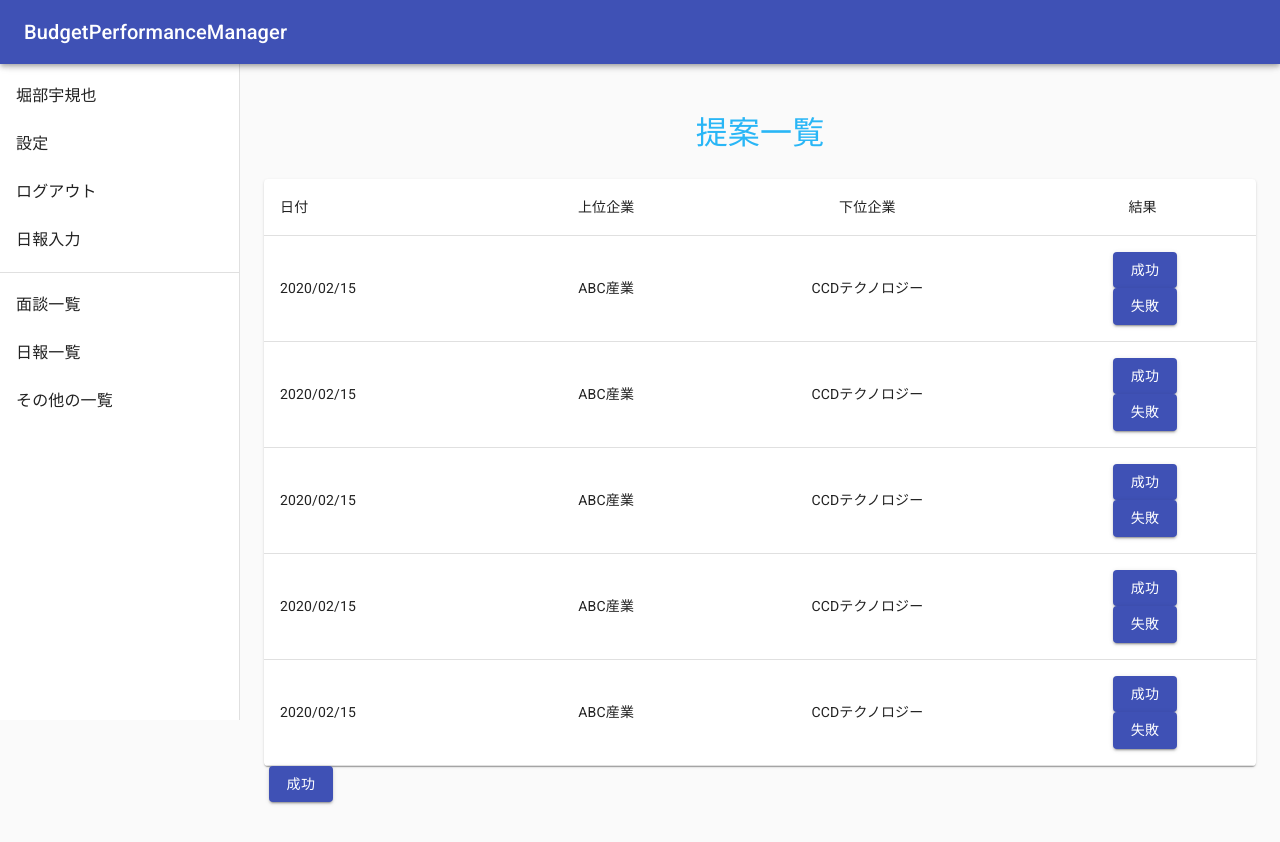
Repository: ukiyah/test
Page: / (app in src/)
These files come from the project's save history. The page is drawn as it stood at one moment and after the next save; the edit follows.
The browser window is 1280 px wide. The pictures show the whole page.
The project was rebuilt for these pictures with package versions that can differ from the ones it lists, and the page was loaded fresh each time. Also part of the build but not shown: src/material-dashboard-react.js, src/Navbars/ref_AdminNavbarLinks/customInputStyle.js, src/Navbars/ref_AdminNavbarLinks/CustomInput.js, src/Navbars/ref_AdminNavbarLinks/buttonStyle.js, src/Navbars/ref_AdminNavbarLinks/Button.js, src/Navbars/ref_AdminNavbarLinks/dropdownStyle.js, src/Navbars/ref_AdminNavbarLinks/headerLinksStyle.js, src/Navbars/AdminNavbarLinks.js and 4 more.

Above is the page before, as saved 2020-02-20 19:34:46.

After the next save:
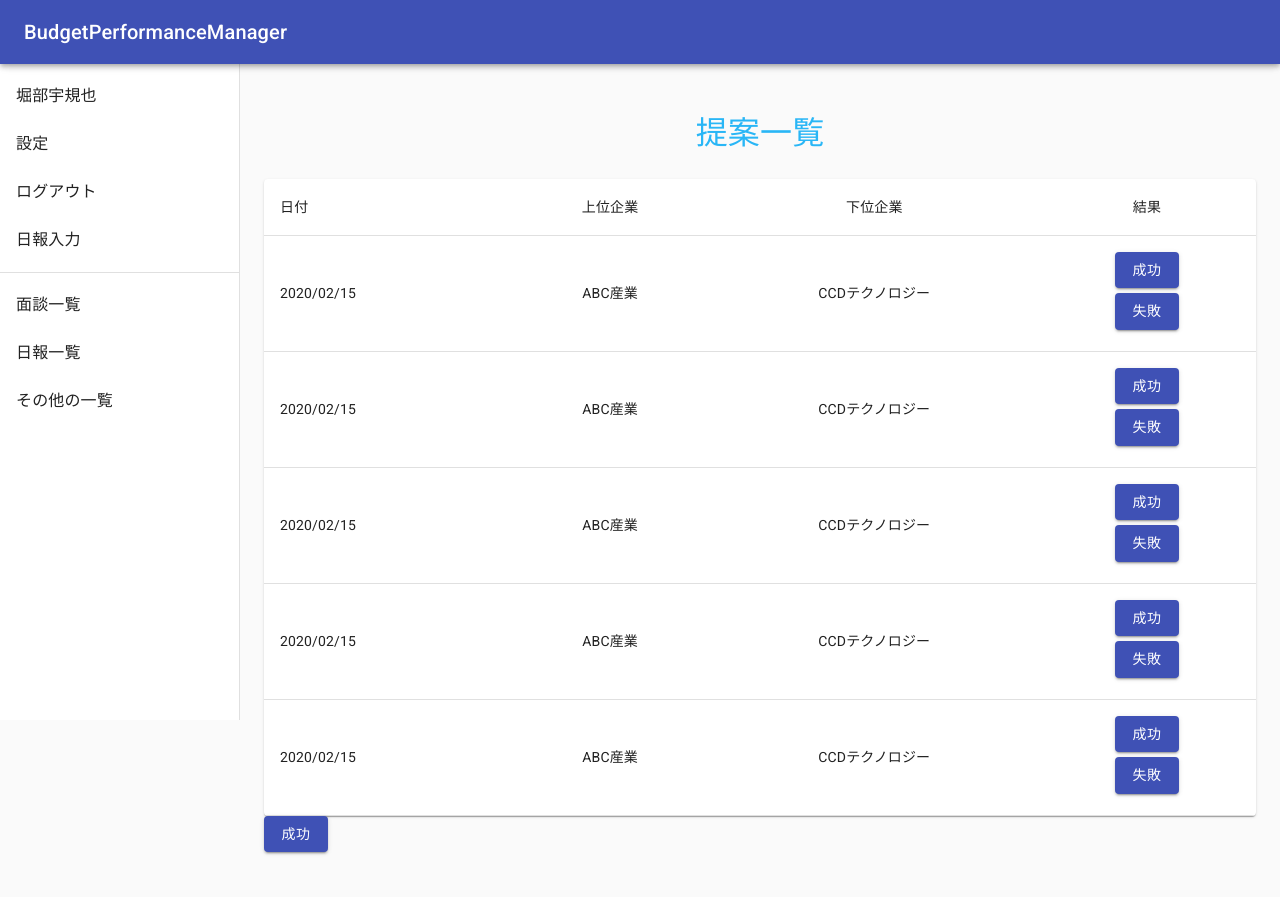
Saved 13 s later.
--- a/src/Button.js
+++ b/src/Button.js
@@ -5,7 +5,7 @@
 const useStyles = makeStyles(theme => ({
   root: {
     '& > *': {
-      marginLeft: 5 ,
+      marginBottom: 5 ,
     },
   },
 }));

After the save that followed:
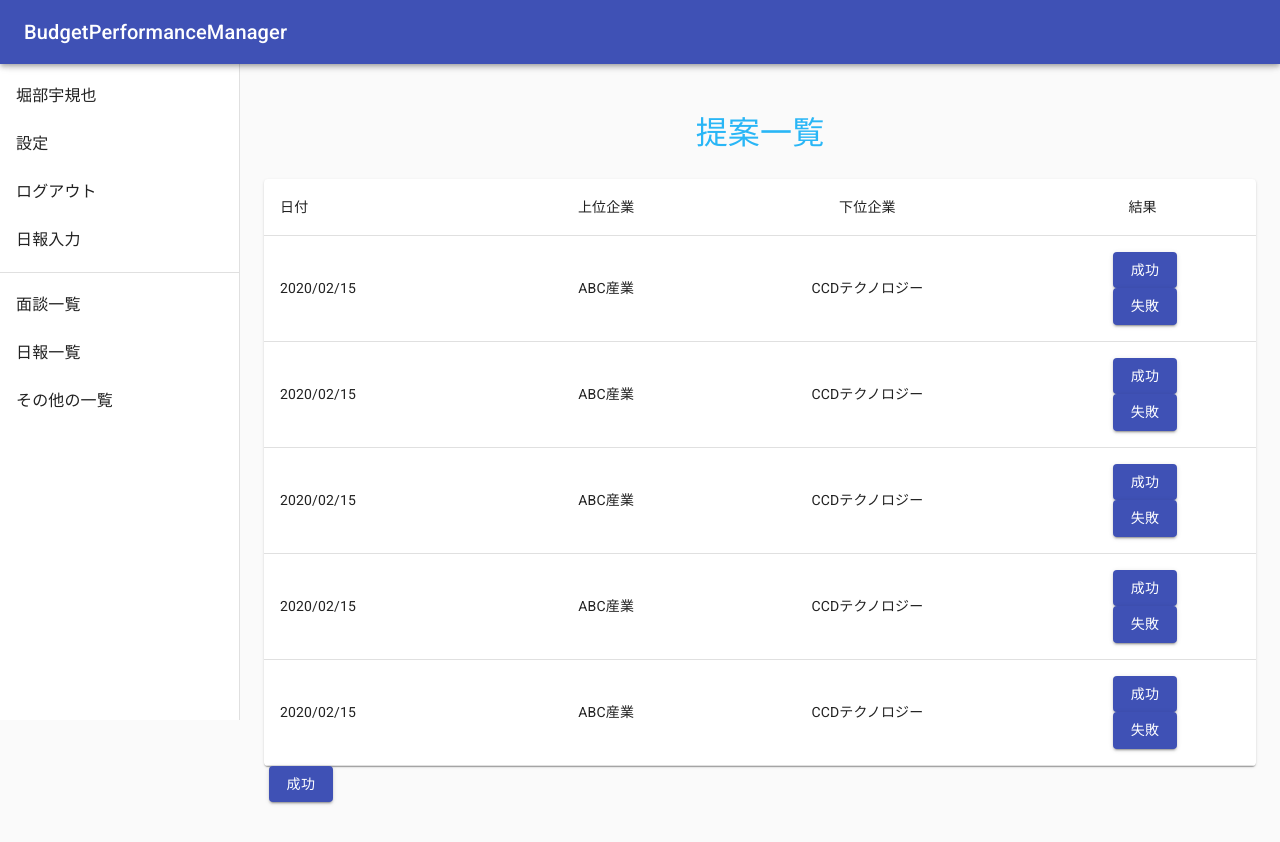
Saved 8 s later.
--- a/src/Button.js
+++ b/src/Button.js
@@ -5,7 +5,7 @@
 const useStyles = makeStyles(theme => ({
   root: {
     '& > *': {
-      marginBottom: 5 ,
+      marginLeft: 5 ,
     },
   },
 }));
